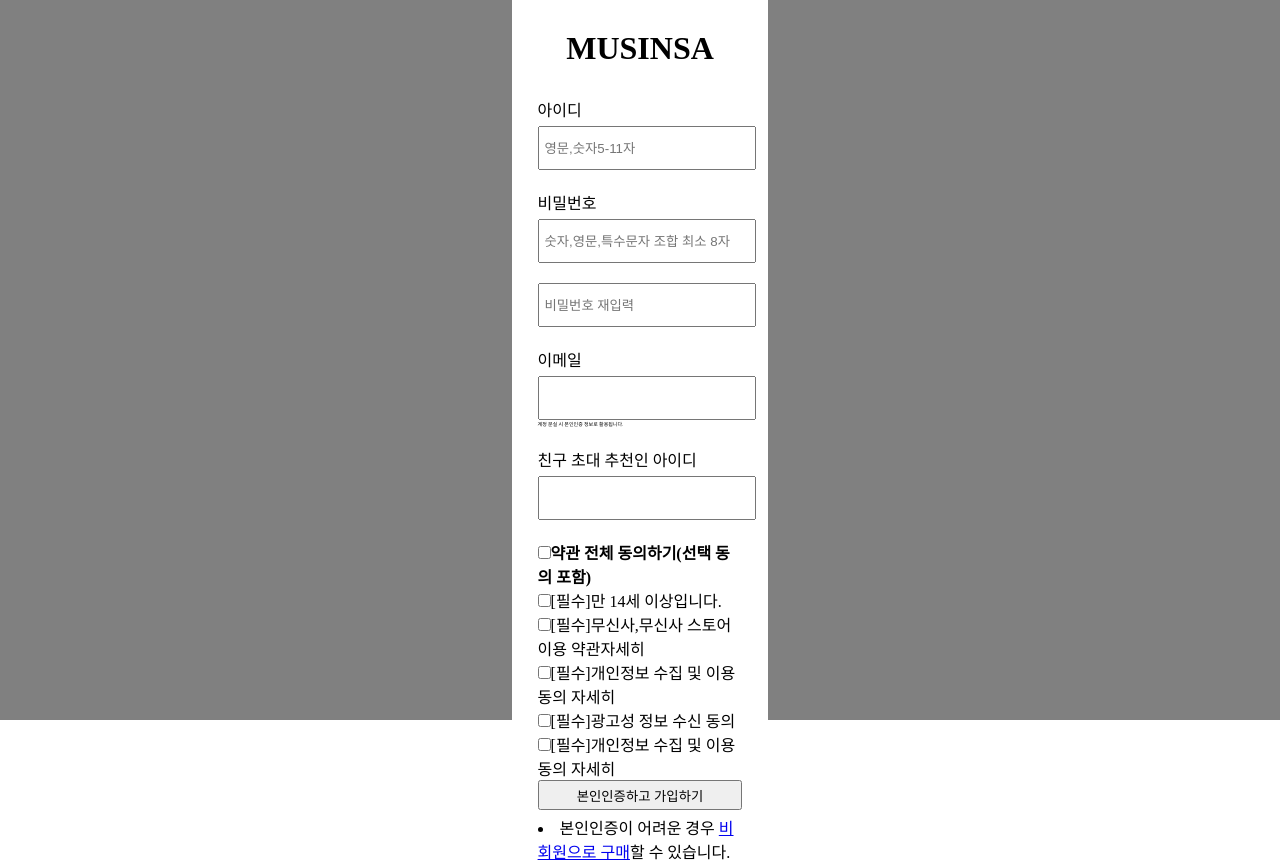
Repository: SilverSharkDeveloper/HTML-CSS-Study
Page: html/workspace/day04/WebContent/task.html
The author's editor kept a copy of each file at every save. The page is drawn from the files as they stood at one save, then again after the next save.
The browser window is 1280 px wide. The pictures show the whole page.

Above is the page before, as saved 2023-03-13 12:38:31.

### html/workspace/day04/WebContent/task.html
<!DOCTYPE html>
<html>
<head>
<meta charset="UTF-8">
<title>무신사</title>
<style>
	*{
		margin : 0;
		padding : 0;

	}
</style>
</head>
<body>
		<div class = "container" style = "background : grey ; height :100vh">
			<div class = "container login" style ="width : 20%;height : 100%; margin : 0 auto ; background :white">
				<div>
					<header style ="text-align : center;padding: 30px 0">
						<h1>MUSINSA</h1>
					</header>
				</div>
				<div style = "width : 80% ;margin : 0 auto">
					<form  >
						<div style ="margin-bottom :5px">
							아이디
						</div>
						<div>
							<input type ="text" placeholder = "영문,숫자5-11자" style ="width : 100% ; height:30px; padding : 5px ; margin-bottom :20px">
						</div>
						<div style ="margin-bottom :5px">
							비밀번호
						</div>
						<div>
							<input type = "password" placeholder ="숫자,영문,특수문자 조합 최소 8자" style ="width : 100% ; height:30px; padding : 5px ; margin-bottom :20px">
							<input type = "password" placeholder ="비밀번호 재입력" style ="width : 100% ; height:30px; padding : 5px ; margin-bottom :20px">
						</div>
						<div  style ="margin-bottom :5px">
							이메일
						</div>
						<div>
							<input type = "email" style ="width : 100% ; height:30px; padding : 5px ">
						</div>
						<div style = "font-size : 5px; margin-bottom :20px">
							계정 분실 시 본인인증 정보로 활용됩니다.
						</div>
						<div style ="margin-bottom :5px">
							친구 초대 추천인 아이디
						</div>
						<div>
							<input type = "text" style ="width : 100% ; height:30px; padding : 5px ; margin-bottom :20px">
						</div>
						<div>
							<input type = "checkbox"  style ="margin-bottom :5px"><strong>약관 전체 동의하기(선택 동의 포함)</strong>
						</div>
						<div>
							<div>
								<input type = "checkbox">[필수]만 14세 이상입니다.
							</div>
							<div>
							<input type = "checkbox" >[필수]무신사,무신사 스토어 이용 약관자세히
							</div>
							<div>
							<input type = "checkbox">[필수]개인정보 수집 및 이용동의 자세히
							</div>
							<div>
							<input type = "checkbox">[필수]광고성 정보 수신 동의
							</div>
							<div>
							<input type = "checkbox"  style ="margin-bottom :5px">[필수]개인정보 수집 및 이용 동의 자세히
							</div>
						</div>
						<div>
							<button style = "width :100% ; height : 30px;text-align : center;margin-bottom:5px">본인인증하고 가입하기</button>
						</div>
						<div>
							<li>본인인증이 어려운 경우 <a href ="#">비회원으로 구매</a>할 수 있습니다.</li>
						</div>
					</form>
				</div>
			</div>
		</div>
</body>
</html>

After the next save:
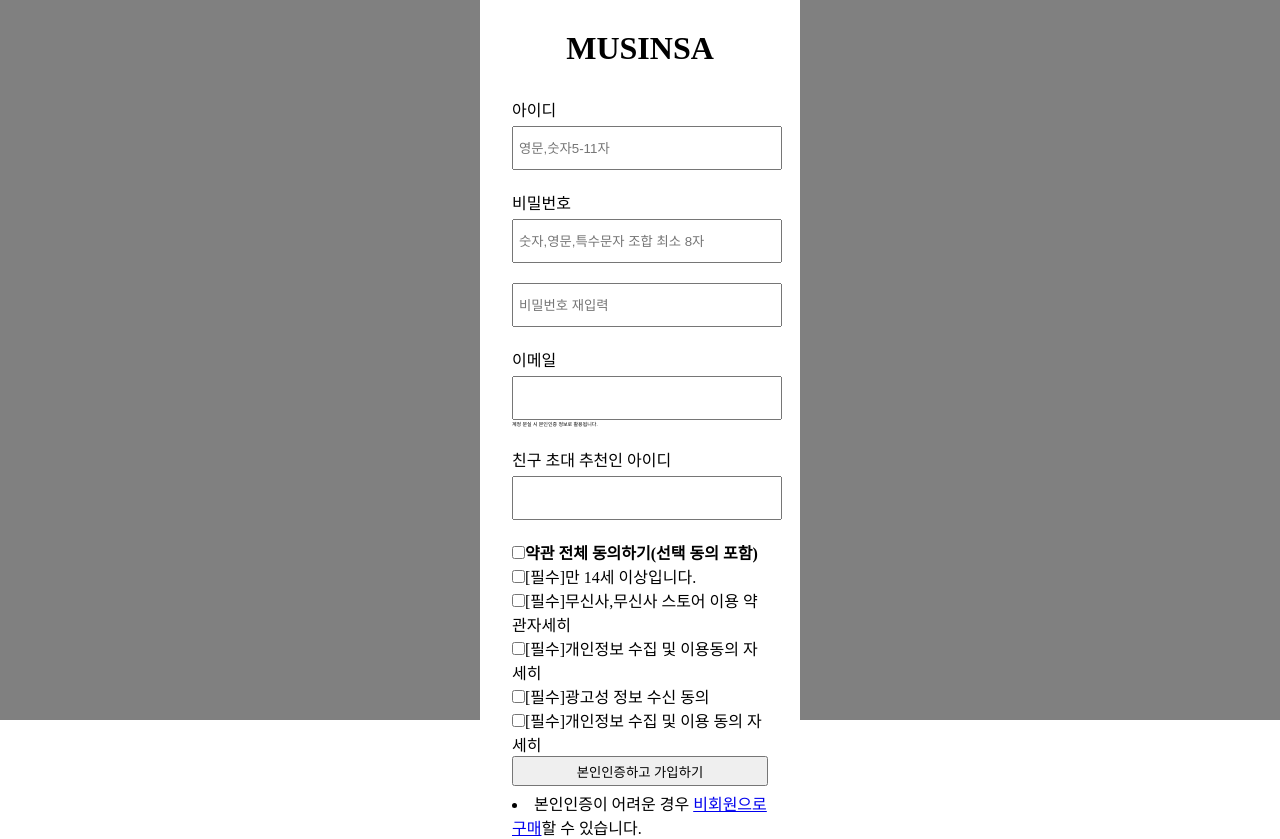
Saved 9 s later.
--- a/html/workspace/day04/WebContent/task.html
+++ b/html/workspace/day04/WebContent/task.html
@@ -13,7 +13,7 @@
 </head>
 <body>
 		<div class = "container" style = "background : grey ; height :100vh">
-			<div class = "container login" style ="width : 20%;height : 100%; margin : 0 auto ; background :white">
+			<div class = "container login" style ="width : 25%;height : 100%; margin : 0 auto ; background :white">
 				<div>
 					<header style ="text-align : center;padding: 30px 0">
 						<h1>MUSINSA</h1>
